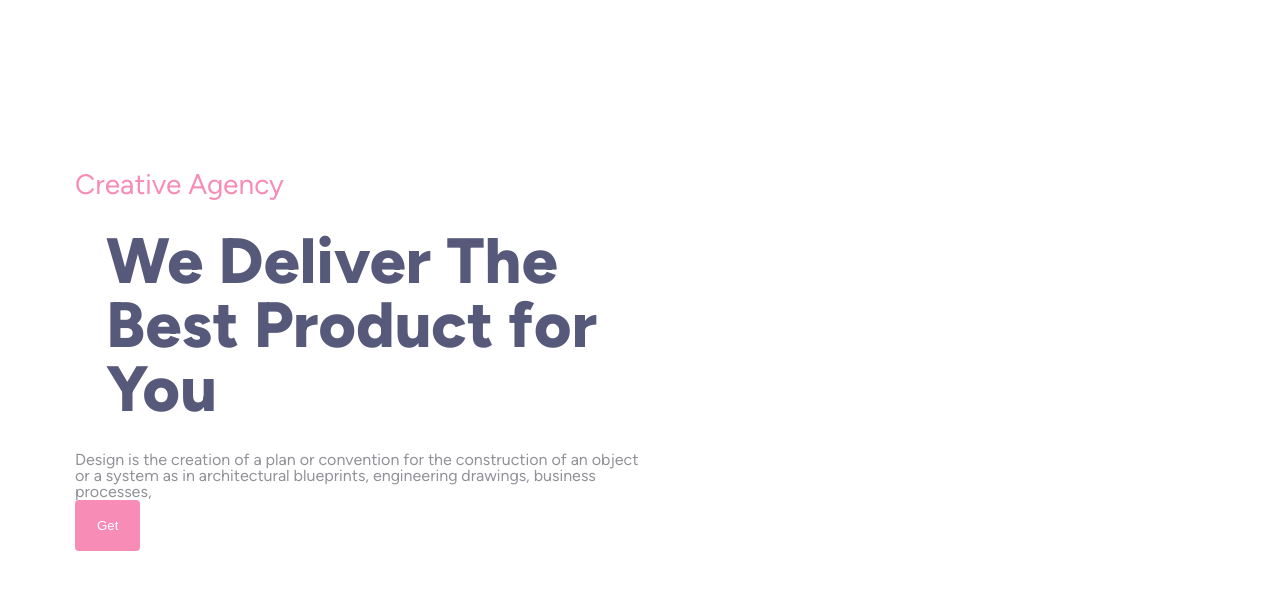
Repository: ArusyakAghajanyan/MirageFigma
Page: Figma/index.html
These files come from the project's save history. The page is drawn as it stood at one moment and after the next save; the edit follows.
The browser window is 1280 px wide. The pictures show the whole page.

Above is the page before, as saved 2022-08-11 13:14:35.

### Figma/index.html
<!DOCTYPE html>
<html lang="en">
<head>
    <meta charset="UTF-8">
    <meta http-equiv="X-UA-Compatible" content="IE=edge">
    <meta name="viewport" content="width=device-width, initial-scale=1.0">
    <link rel="stylesheet" href="./assets/./css/reset.css">
    <link rel="stylesheet" href="./assets/css/style.css">
    <title>Mirage</title>
</head>
<body>
    <header>

    </header>
    <main>
        <section class="intro">
          <div class="container">
              <div class="intro__content">
                <div class="intro__description">
                    <h2 class="intro__title">
                        Creative Agency
                    </h2>
                    <h3 class="intro__subtitle">
                        We Deliver The Best
                        Product for You
                    </h3>
                    <p class="intro__details">
                        Design is the creation of a plan or convention for the construction of an object or a system as in architectural blueprints, engineering drawings, business processes, </p>
                    <button class="intro__button base-button base-button--primary">
                        Get
                    </button>
                   </div>
                   <div class="intro__image">

                   </div>
              </div>
          </div>
        </section>
    </main>
</body>
</html>

### Figma/assets/css/reset.css
html, body, div, span, applet, object, iframe,
h1, h2, h3, h4, h5, h6, p, blockquote, pre,
a, abbr, acronym, address, big, cite, code,
del, dfn, em, img, ins, kbd, q, s, samp,
small, strike, strong, sub, sup, tt, var,
b, u, i, center,
dl, dt, dd, ol, ul, li,
fieldset, form, label, legend,
table, caption, tbody, tfoot, thead, tr, th, td,
article, aside, canvas, details, embed,
figure, figcaption, footer, header, hgroup,
menu, nav, output, ruby, section, summary,
time, mark, audio, video {
	margin: 0;
	padding: 0;
	border: 0;
	font-size: 100%;
	font: inherit;
	vertical-align: baseline;
}

article, aside, details, figcaption, figure,
footer, header, hgroup, menu, nav, section {
	display: block;
}
body {
	line-height: 1;
}
ol, ul {
	list-style: none;
}
blockquote, q {
	quotes: none;
}
blockquote:before, blockquote:after,
q:before, q:after {
	content: '';
	content: none;
}
table {
	border-collapse: collapse;
	border-spacing: 0;
}
a {
        color: inherit;
    text-decoration: none;
  }
*, *::before, *::after {
    box-sizing: border-box;
  }

### Figma/assets/css/style.css
/* Fonts */
@import url("../fonts/fonts.css");

/* Variables */
@import url("./var.css");

/* UI */
@import url("./UI/button.css");



@import url("./main.css");

/* Sections */

@import url("./sections/intro.css");

### Figma/assets/fonts/fonts.css
@font-face {
    font-family: 'Figtree';
    src: url('Figtree-Black.eot');
    src: url('Figtree-Black.eot?#iefix') format('embedded-opentype'),
        url('Figtree-Black.woff2') format('woff2'),
        url('Figtree-Black.woff') format('woff'),
        url('Figtree-Black.ttf') format('truetype');
    font-weight: 900;
    font-style: normal;
    font-display: swap;
}

@font-face {
    font-family: 'Figtree';
    src: url('Figtree-Light.eot');
    src: url('Figtree-Light.eot?#iefix') format('embedded-opentype'),
        url('Figtree-Light.woff2') format('woff2'),
        url('Figtree-Light.woff') format('woff'),
        url('Figtree-Light.ttf') format('truetype');
    font-weight: 300;
    font-style: normal;
    font-display: swap;
}

@font-face {
    font-family: 'Figtree';
    src: url('Figtree-SemiBold.eot');
    src: url('Figtree-SemiBold.eot?#iefix') format('embedded-opentype'),
        url('Figtree-SemiBold.woff2') format('woff2'),
        url('Figtree-SemiBold.woff') format('woff'),
        url('Figtree-SemiBold.ttf') format('truetype');
    font-weight: 600;
    font-style: normal;
    font-display: swap;
}

@font-face {
    font-family: 'Figtree';
    src: url('Figtree-Medium.eot');
    src: url('Figtree-Medium.eot?#iefix') format('embedded-opentype'),
        url('Figtree-Medium.woff2') format('woff2'),
        url('Figtree-Medium.woff') format('woff'),
        url('Figtree-Medium.ttf') format('truetype');
    font-weight: 500;
    font-style: normal;
    font-display: swap;
}

@font-face {
    font-family: 'Figtree';
    src: url('Figtree-Bold.eot');
    src: url('Figtree-Bold.eot?#iefix') format('embedded-opentype'),
        url('Figtree-Bold.woff2') format('woff2'),
        url('Figtree-Bold.woff') format('woff'),
        url('Figtree-Bold.ttf') format('truetype');
    font-weight: bold;
    font-style: normal;
    font-display: swap;
}

@font-face {
    font-family: 'Figtree';
    src: url('Figtree-ExtraBold.eot');
    src: url('Figtree-ExtraBold.eot?#iefix') format('embedded-opentype'),
        url('Figtree-ExtraBold.woff2') format('woff2'),
        url('Figtree-ExtraBold.woff') format('woff'),
        url('Figtree-ExtraBold.ttf') format('truetype');
    font-weight: bold;
    font-style: normal;
    font-display: swap;
}

@font-face {
    font-family: 'Figtree';
    src: url('Figtree-Regular.eot');
    src: url('Figtree-Regular.eot?#iefix') format('embedded-opentype'),
        url('Figtree-Regular.woff2') format('woff2'),
        url('Figtree-Regular.woff') format('woff'),
        url('Figtree-Regular.ttf') format('truetype');
    font-weight: normal;
    font-style: normal;
    font-display: swap;
}

### Figma/assets/css/var.css
:root {
    --primary: #F78CB6;
    --secondary: #56597A;
    --background-color: #FCFCFC;
    --secondary-light: #919299;

    /*Abstract*/
    --white: #ffffff;
}

### Figma/assets/css/UI/button.css
.base-button {
    background-color: transparent;
    border: none;
    outline: none;
    padding: 18px 22px;
    border-radius: 4px;

}
.base-button-hover {
    cursor: pointer;
}
.base-button--primary {
    background-color: var(--primary);
    color: var(--white);
}

### Figma/assets/css/main.css
html, body {
    font-family: 'Figtree', sans-serif;
}
.container {
    width: 1130px;
    margin: 0 auto;
}

### Figma/assets/css/sections/intro.css
.intro {
    height: 100vh;
    display: flex;
    align-items: center;
    justify-content: center;
}
.intro-content {
 display: flex;
 align-items: flex-start;
 justify-content: space-between;
}
.intro__description {
    width: 50%;
}

.intro__title {
    font-size: 28px;
    color: var(--primary);
    margin-bottom: 29px;
}
.intro__subtitle {
    font-size: 64px;
    font-weight: 700;
    color: var(--secondary);
    margin: 31px;
}
.intro__details {
    color: var(--secondary-light);
}

After the next save:
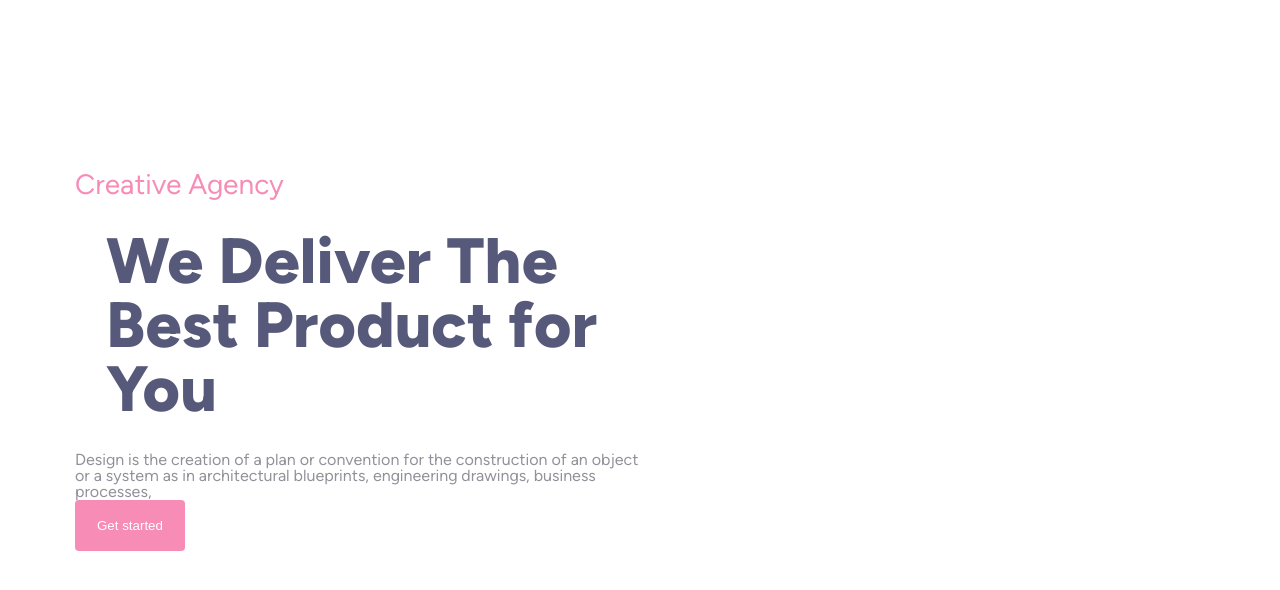
Saved 5 s later.
--- a/Figma/index.html
+++ b/Figma/index.html
@@ -27,7 +27,7 @@
                     <p class="intro__details">
                         Design is the creation of a plan or convention for the construction of an object or a system as in architectural blueprints, engineering drawings, business processes, </p>
                     <button class="intro__button base-button base-button--primary">
-                        Get
+                        Get started
                     </button>
                    </div>
                    <div class="intro__image">
